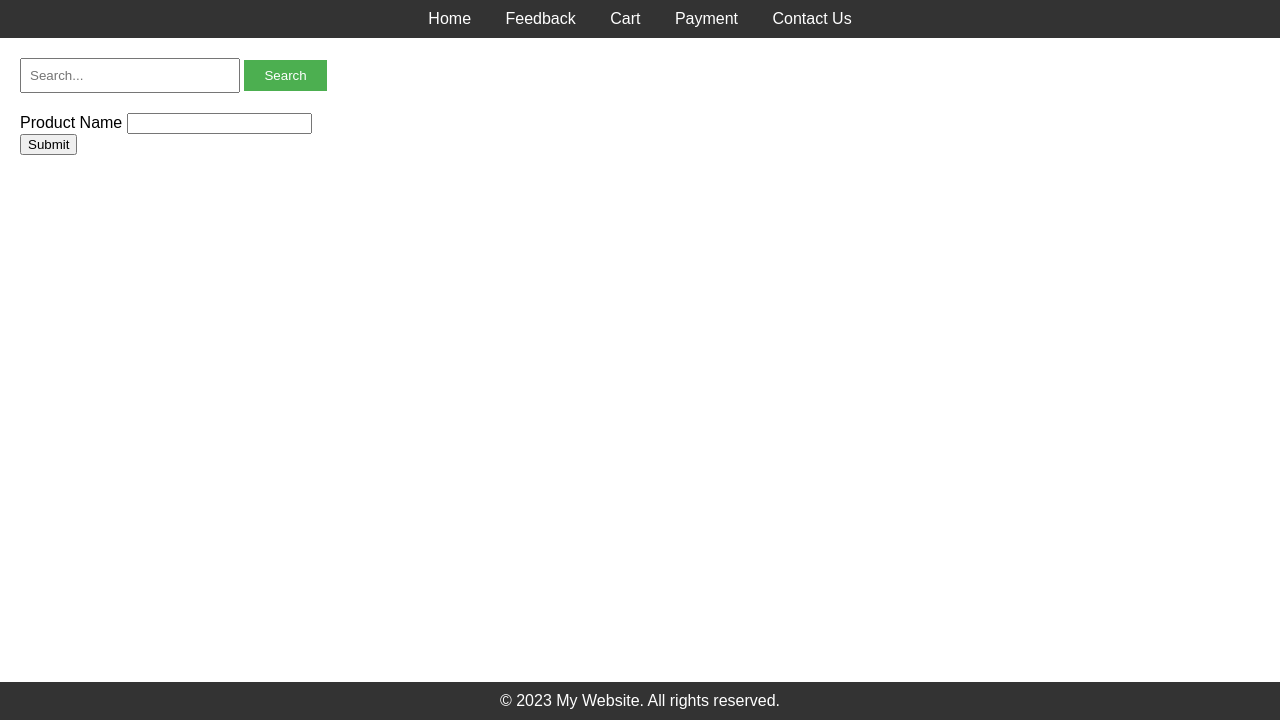
Repository: UrinduYatawakaa/OOP_project
Page: http://localhost/ProductDemo/productdetails.jsp
These files come from the project's save history. The page is drawn as it stood at one moment and after the next save; the edit follows.
The browser window is 1280 px wide. The pictures show the whole page.
The page is served by Tomcat 9.

Above is the page before, as saved 2023-10-23 18:33:29.

After the next save:
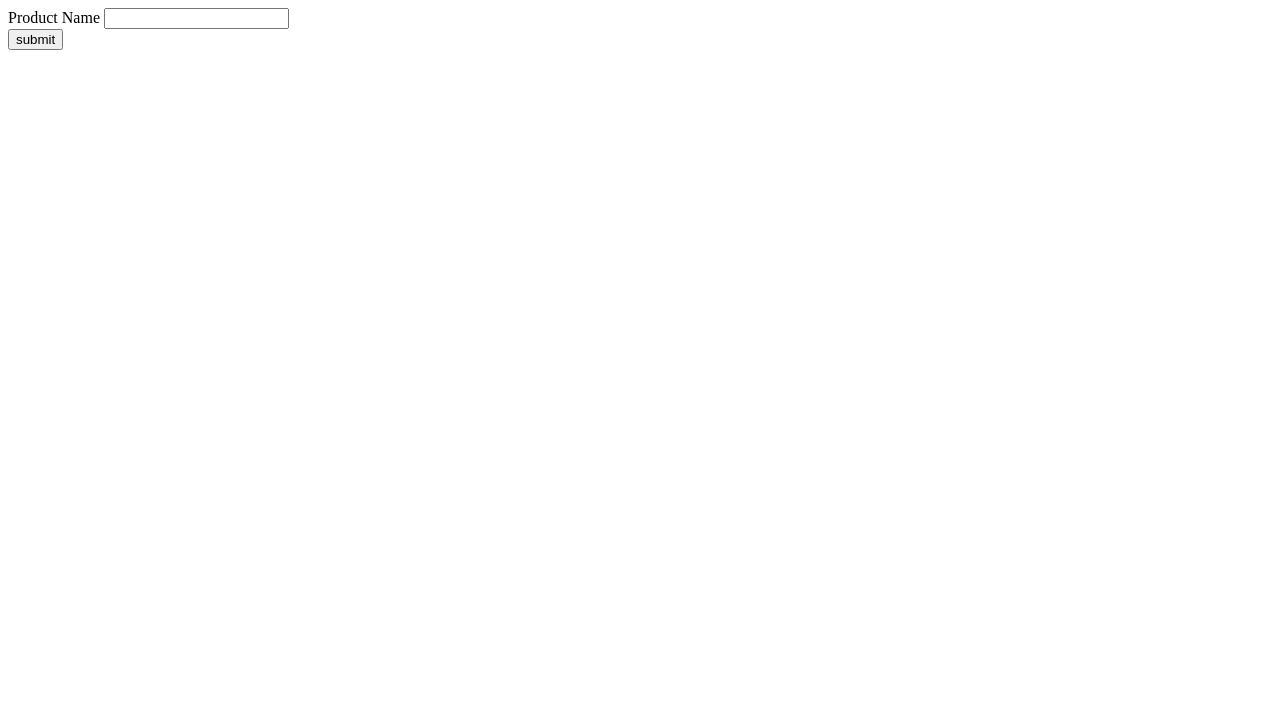
Saved 4 min 49 s later.
--- a/oop project/ProductDemo/src/main/webapp/productdetails.jsp
+++ b/oop project/ProductDemo/src/main/webapp/productdetails.jsp
@@ -1,92 +1,17 @@
+<%@ page language="java" contentType="text/html; charset=ISO-8859-1"
+    pageEncoding="ISO-8859-1"%>
 <!DOCTYPE html>
-<html lang="en">
-
+<html>
 <head>
-    <meta charset="UTF-8">
-    <meta name="viewport" content="width=device-width, initial-scale=1.0">
-    <title>My Website</title>
-    <style>
-        body {
-            font-family: Arial, sans-serif;
-            margin: 0;
-            padding: 0;
-        }
-
-        header {
-            background-color: #333;
-            color: #fff;
-            padding: 10px 0;
-            text-align: center;
-        }
-
-        header a {
-            color: #fff;
-            margin: 0 15px;
-            text-decoration: none;
-        }
-
-        .container {
-            margin: 20px;
-        }
-
-        footer {
-            background-color: #333;
-            color: #fff;
-            text-align: center;
-            padding: 10px 0;
-            position: fixed;
-            bottom: 0;
-            width: 100%;
-        }
-
-        .search-bar {
-            margin-top: 20px;
-        }
-
-        .search-bar input[type="text"] {
-            padding: 8px;
-            width: 200px;
-        }
-
-        .search-bar input[type="submit"] {
-            padding: 8px 20px;
-            background-color: #4caf50;
-            color: white;
-            border: none;
-            cursor: pointer;
-        }
-    </style>
+<meta charset="ISO-8859-1">
+<title>Insert title here</title>
 </head>
-
 <body>
 
-    <header>
-        <a href="#">Home</a>
-        <a href="#">Feedback</a>
-        <a href="#">Cart</a>
-        <a href="#">Payment</a>
-        <a href="#">Contact Us</a>
-    </header>
+	<form action="log" method="post">
+		Product Name <input type = "text" name = "ProductName"> <br>
 
-    <div class="container">
-        <form action="log" method="post" class="search-bar">
-            <input type="text" name="ProductName" placeholder="Search...">
-            <input type="submit" name="submit" value="Search">
-        </form>
-    </div>
-
-    <!-- Your existing form content goes here -->
-    <div class="container">
-        <form action="log" method="post">
-            Product Name <input type="text" name="ProductName"> <br>
-            <input type="submit" name="submit" value="Submit">
-        </form>
-    </div>
-
-    <footer>
-        &copy; 2023 My Website. All rights reserved.
-    </footer>
-
+		<input type="submit" name="submit" value="submit">
+	</form>
 </body>
-
 </html>

After the save that followed:
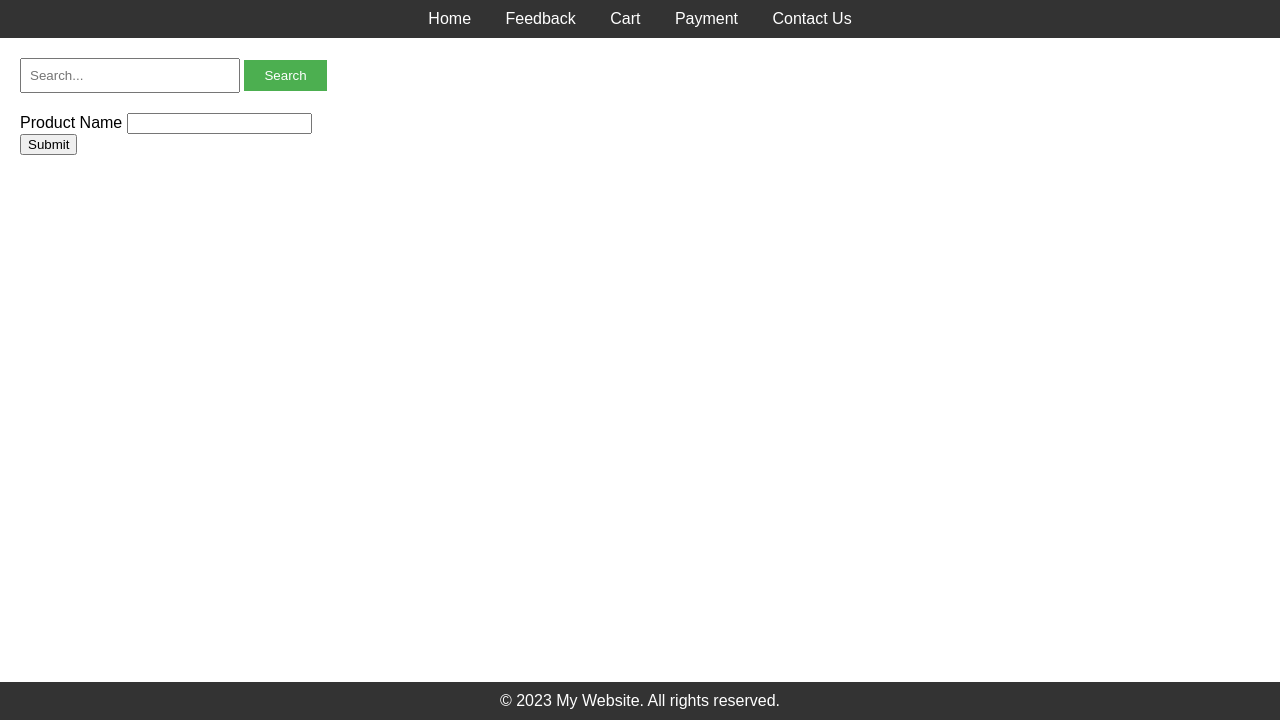
Saved 4 min 34 s later.
--- a/oop project/ProductDemo/src/main/webapp/productdetails.jsp
+++ b/oop project/ProductDemo/src/main/webapp/productdetails.jsp
@@ -1,17 +1,92 @@
-<%@ page language="java" contentType="text/html; charset=ISO-8859-1"
-    pageEncoding="ISO-8859-1"%>
 <!DOCTYPE html>
-<html>
+<html lang="en">
+
 <head>
-<meta charset="ISO-8859-1">
-<title>Insert title here</title>
+    <meta charset="UTF-8">
+    <meta name="viewport" content="width=device-width, initial-scale=1.0">
+    <title>My Website</title>
+    <style>
+        body {
+            font-family: Arial, sans-serif;
+            margin: 0;
+            padding: 0;
+        }
+
+        header {
+            background-color: #333;
+            color: #fff;
+            padding: 10px 0;
+            text-align: center;
+        }
+
+        header a {
+            color: #fff;
+            margin: 0 15px;
+            text-decoration: none;
+        }
+
+        .container {
+            margin: 20px;
+        }
+
+        footer {
+            background-color: #333;
+            color: #fff;
+            text-align: center;
+            padding: 10px 0;
+            position: fixed;
+            bottom: 0;
+            width: 100%;
+        }
+
+        .search-bar {
+            margin-top: 20px;
+        }
+
+        .search-bar input[type="text"] {
+            padding: 8px;
+            width: 200px;
+        }
+
+        .search-bar input[type="submit"] {
+            padding: 8px 20px;
+            background-color: #4caf50;
+            color: white;
+            border: none;
+            cursor: pointer;
+        }
+    </style>
 </head>
+
 <body>
 
-	<form action="log" method="post">
-		Product Name <input type = "text" name = "ProductName"> <br>
+    <header>
+        <a href="#">Home</a>
+        <a href="#">Feedback</a>
+        <a href="#">Cart</a>
+        <a href="#">Payment</a>
+        <a href="#">Contact Us</a>
+    </header>
 
-		<input type="submit" name="submit" value="submit">
-	</form>
+    <div class="container">
+        <form action="log" method="post" class="search-bar">
+            <input type="text" name="ProductName" placeholder="Search...">
+            <input type="submit" name="submit" value="Search">
+        </form>
+    </div>
+
+    <!-- Your existing form content goes here -->
+    <div class="container">
+        <form action="log" method="post">
+            Product Name <input type="text" name="ProductName"> <br>
+            <input type="submit" name="submit" value="Submit">
+        </form>
+    </div>
+
+    <footer>
+        &copy; 2023 My Website. All rights reserved.
+    </footer>
+
 </body>
+
 </html>
